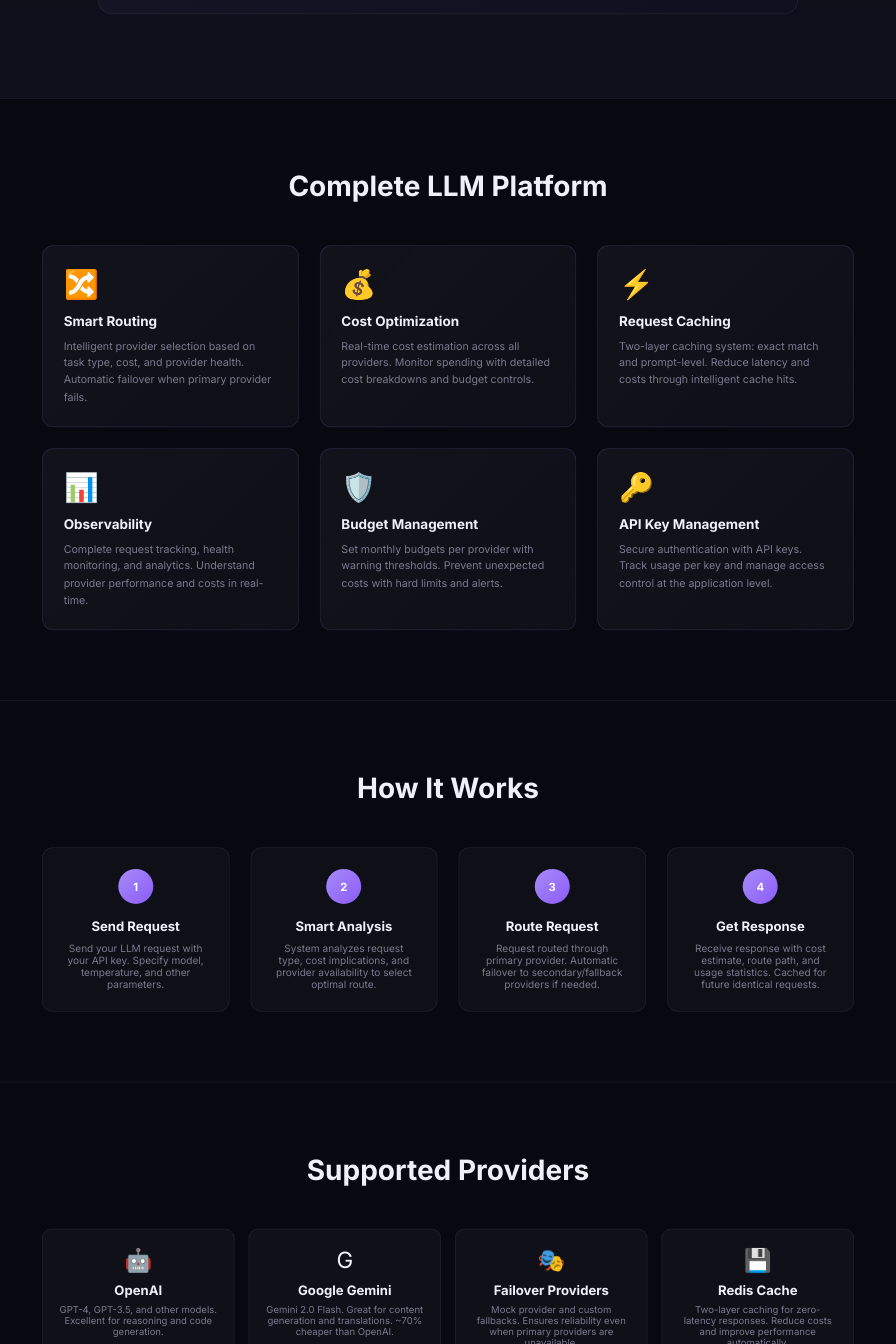
Repository: Poorna-Chandra-D/LLM-gateway
Page: app/landing.html
The author's editor kept a copy of each file at every save. The page is drawn from the files as they stood at one save, then again after the next save.
The browser window is 1280 px wide. The pictures show the part of the page from y = 1065 to 2985 px (the page is 4231 px tall before and 4330 px after), at 70% of full size.

Above is the page before, as saved 2026-04-04 22:05:38.

After the next save:
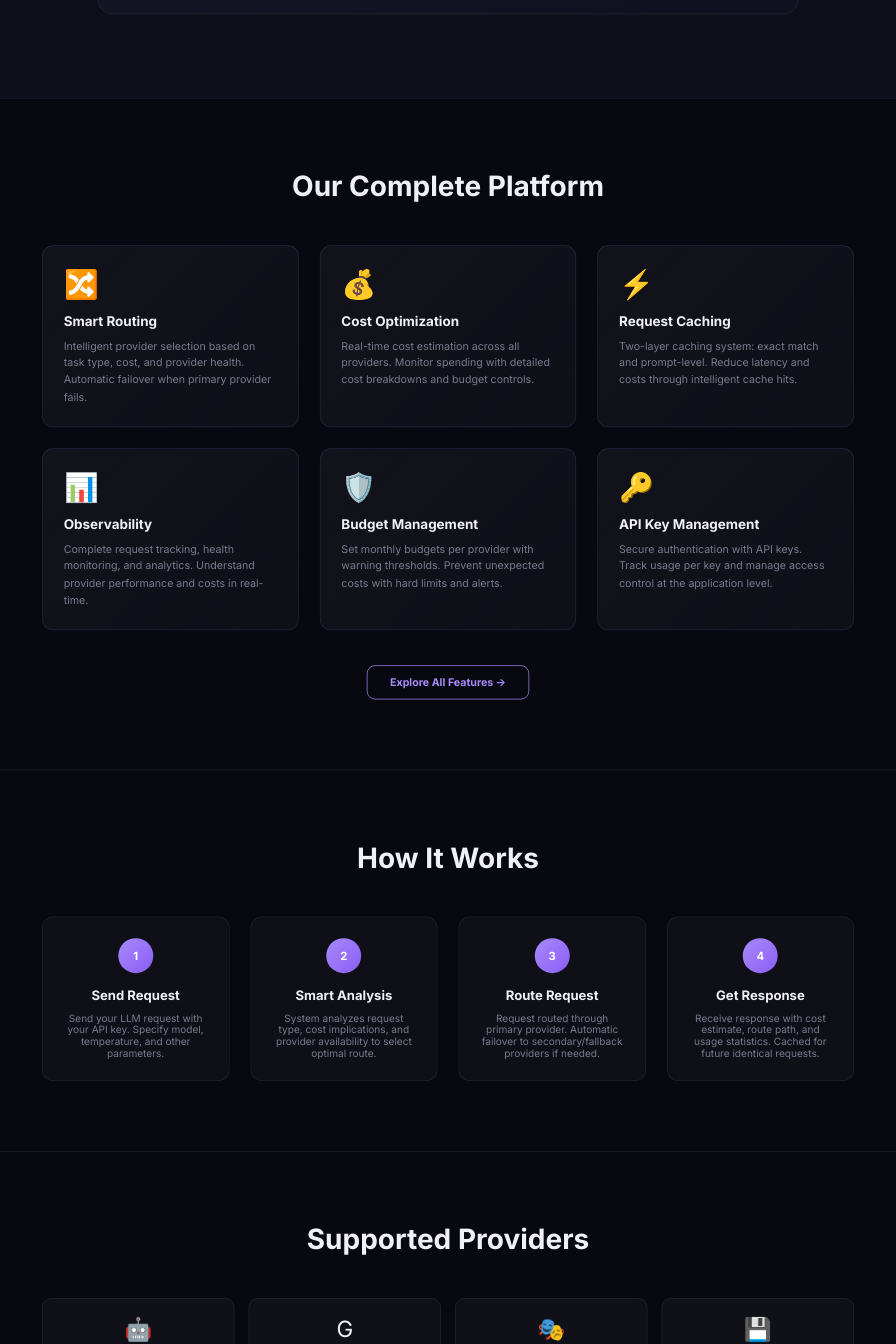
Saved 7 s later.
--- a/app/landing.html
+++ b/app/landing.html
@@ -485,7 +485,7 @@
 
     <!-- Features Section -->
     <section class="section" id="features">
-        <h2 class="section-title">Complete LLM Platform</h2>
+        <h2 class="section-title">Our Complete Platform</h2>
         <div class="features-grid">
             <div class="feature-card">
                 <div class="feature-icon">🔀</div>
@@ -517,6 +517,9 @@
                 <h3>API Key Management</h3>
                 <p>Secure authentication with API keys. Track usage per key and manage access control at the application level.</p>
             </div>
+        </div>
+        <div style="text-align: center; margin-top: 50px;">
+            <a href="/features" class="btn-secondary">Explore All Features →</a>
         </div>
     </section>
 
